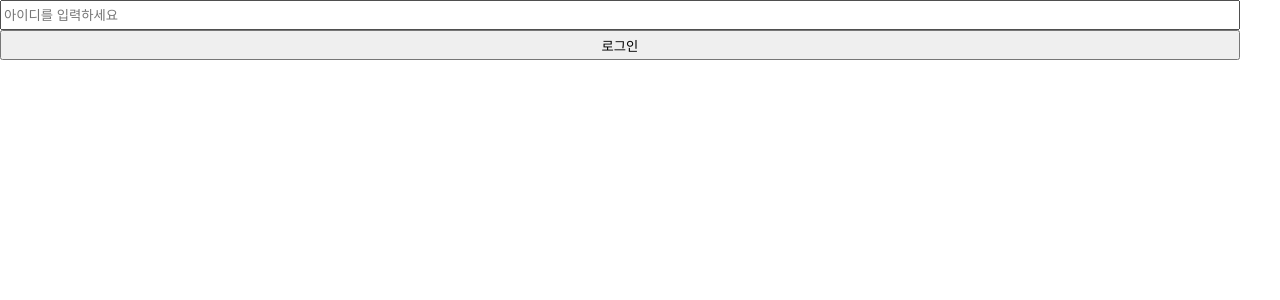
Repository: mekeyace/portfolio
Page: http://localhost/web/mobile.jsp
An editor plug-in stored every save of this project. The page is shown before and after the next save, followed by the edit.
The browser window is 1280 px wide. The pictures show the whole page.
The page is served by Tomcat 9. Other server files are loaded and not shown.

Above is the page before, as saved 2023-06-22 06:11:30.

### maven/web/src/main/webapp/mobile.jsp
<%@ page language="java" contentType="text/html; charset=UTF-8"
    pageEncoding="UTF-8"%>
<!DOCTYPE html>
<html>
<head>
<meta charset="UTF-8">
<meta name="viewport" content="width=device-width, initial-scale=1">
<title>모바일 전용 사용시 오브젝트 변화 (calc)</title>
<!-- 340 ~ 580px -->
<style>
body {
margin: 0;
padding: 0;
}
/* 540px */

/* 가로크기 :340px  -> Object크기 : 300px */
.mid {
width : calc(100% - 40px);
height: 30px;
box-sizing: border-box;
}
.btn{
width : calc(100% - 40px);
height:30px;
box-sizing: border-box;
}

@media screen and (min-width:341px) and (max-width:580px){
.mid {
max-width: 540px;
}
.btn{
max-width : 540px;
}
}

@media screen and (min-width:581px){

}

</style>
</head>
<body>
<input type="text" class="mid" placeholder="아이디를 입력하세요"><br>
<input type="submit" value="로그인" class="btn">
</body>
</html>

After the next save:
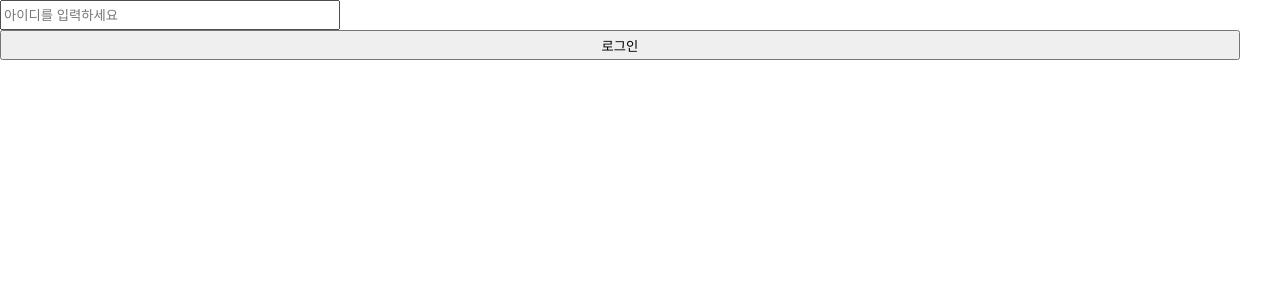
Saved 45 s later.
--- a/maven/web/src/main/webapp/mobile.jsp
+++ b/maven/web/src/main/webapp/mobile.jsp
@@ -36,7 +36,9 @@ max-width : 540px;
 }
 
 @media screen and (min-width:581px){
-
+.mid {
+	width:340px;
+}
 }
 
 </style>
